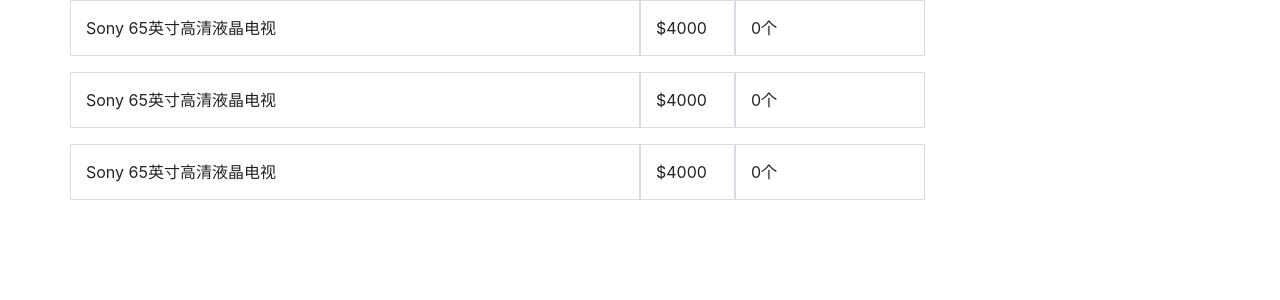
Repository: cuilongshui/reaact_dom
Page: /
The author's editor kept a copy of each file at every save. The page is drawn from the files as they stood at one save, then again after the next save.
The browser window is 1280 px wide. The pictures show the whole page.
The project was rebuilt for these pictures with package versions that can differ from the ones it lists, and the page was loaded fresh each time. Also part of the build but not shown: src/App.css.

Above is the page before, as saved 2020-12-10 22:13:54.

### public/index.html
<!DOCTYPE html>
<html lang="en">
  <head>
    <meta charset="utf-8" />
    <link rel="icon" href="%PUBLIC_URL%/favicon.ico" />
    <meta name="viewport" content="width=device-width, initial-scale=1" />
    <meta name="theme-color" content="#000000" />
    <meta
      name="description"
      content="Web site created using create-react-app"
    />

    <title>React App</title>
  </head>
  <body>
    <noscript>You need to enable JavaScript to run this app.</noscript>
    <div id="root"></div>
  </body>
</html>

### src/index.js
/*
 * @Author: your name
 * @Date: 2020-12-04 23:02:56
 * @LastEditTime: 2020-12-09 22:44:31
 * @LastEditors: Please set LastEditors
 * @Description: In User Settings Edit
 * @FilePath: \my-app\src\index.js
 */
import React from 'react';
import ReactDOM from 'react-dom';
import './index.css';
import "bootstrap/dist/css/bootstrap.css";
import App from './App';


ReactDOM.render(
  <App/>,
  document.getElementById('root')
);

### src/index.css
body {
  margin: 0;
  font-family: -apple-system, BlinkMacSystemFont, 'Segoe UI', 'Roboto', 'Oxygen',
    'Ubuntu', 'Cantarell', 'Fira Sans', 'Droid Sans', 'Helvetica Neue',
    sans-serif;
  -webkit-font-smoothing: antialiased;
  -moz-osx-font-smoothing: grayscale;
}

code {
  font-family: source-code-pro, Menlo, Monaco, Consolas, 'Courier New',
    monospace;
}

.themed-grid-col {
  padding-top: 15px;
  padding-bottom: 15px;
  background-color: rgba(255,255,255);
  border: 1px solid rgba(86, 61, 124, .2);
}

.themed-grid-col-s {
  padding-top: 15px;
  padding-bottom: 15px;
  background-color: rgba(86, 61, 124, .15);
  border: 1px solid rgba(86, 61, 124, .2);
}

### src/App.js
/*
 * @Author: cui
 * @Date: 2020-12-04 23:02:56
 * @LastEditors: cui
 * @LastEditTime: 2020-12-10 22:13:54
 * @Description:
 */
import "./App.css";
import ListItem from "./components/listItem";

const listData = [
  {
    id: 1,
    title: "sony 65寸高清电视",
    prize: 4000,
  },
  {
    id: 2,
    title: "华为 Meta30",
    prize: 6000,
  },
  {
    id: 3,
    title: "华硕 玩家国度笔记本",
    prize: 10000,
  },
];

function App() {
  return (
    //  <React.Fragments></React.Fragments>
    // 包含子元素无需生成多余的子节点  简写为---->  <></>
    <>
      <div className="container">
        <ListItem data={ listData[0]}/>
        <ListItem data={ listData[1]}/>
        <ListItem data={ listData[2]}/>
      </div>
    </>
  );
}

export default App;

### src/components/listItem.jsx
/*
 * @Author: your name
 * @Date: 2020-12-09 20:45:07
 * @LastEditTime: 2020-12-10 22:09:19
 * @LastEditors: cui
 * @Description: In User Settings Edit
 * @FilePath: \my-app\src\components\listItem.jsx
 */
import React, { Component } from "react";
const product = {
  id: 1,
  name: "Sony 65英寸高清液晶电视",
  price: 4000,
  stock: 20,
};

let count = 0;

class ListItem extends Component {
  manageCount() {
    return count + '个'
  }


  render() {
    return (
      <div className="row mb-3">
        <div className="col-6 themed-grid-col">{product.name}</div>
        <div className="col-1 themed-grid-col">${product.price}</div>
        <div className="col-2 themed-grid-col">{this.manageCount()} </div>
      </div>
    );
  }
}
export default ListItem;

After the next save:
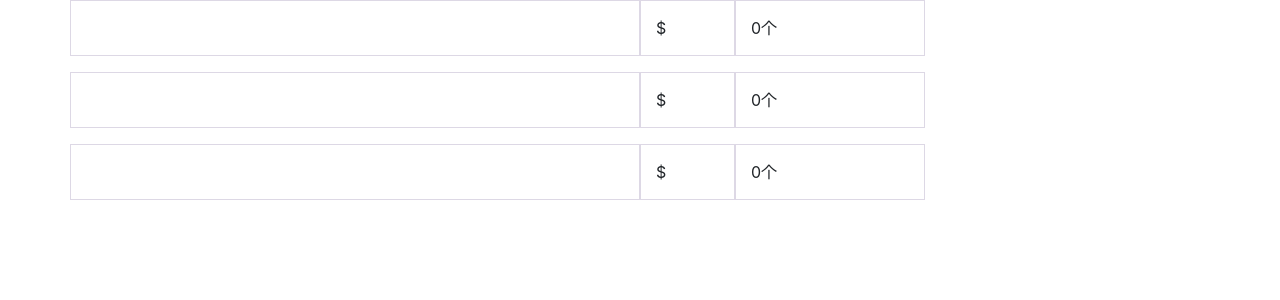
Saved 2 min 13 s later.
--- a/src/components/listItem.jsx
+++ b/src/components/listItem.jsx
@@ -1,22 +1,22 @@
 /*
  * @Author: your name
  * @Date: 2020-12-09 20:45:07
- * @LastEditTime: 2020-12-10 22:09:19
+ * @LastEditTime: 2020-12-10 22:16:07
  * @LastEditors: cui
  * @Description: In User Settings Edit
  * @FilePath: \my-app\src\components\listItem.jsx
  */
 import React, { Component } from "react";
-const product = {
-  id: 1,
-  name: "Sony 65英寸高清液晶电视",
-  price: 4000,
-  stock: 20,
-};
+
 
 let count = 0;
 
 class ListItem extends Component {
+
+  constructor(props) {
+    super()
+  }
+
   manageCount() {
     return count + '个'
   }
@@ -25,8 +25,8 @@
   render() {
     return (
       <div className="row mb-3">
-        <div className="col-6 themed-grid-col">{product.name}</div>
-        <div className="col-1 themed-grid-col">${product.price}</div>
+        <div className="col-6 themed-grid-col">{this.props.data.name}</div>
+        <div className="col-1 themed-grid-col">${this.props.data.price}</div>
         <div className="col-2 themed-grid-col">{this.manageCount()} </div>
       </div>
     );
